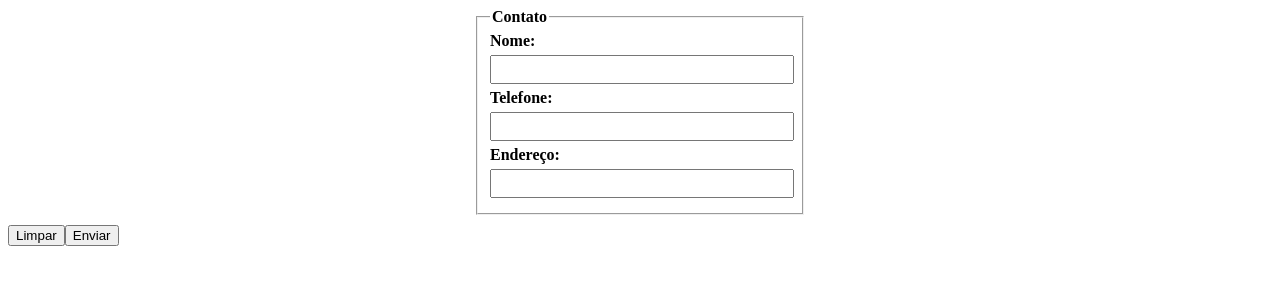
Repository: Ro4ever/ProjetoTrilhaWeb
Page: exemploServlet/src/main/webapp/contato.html
The author's editor kept a copy of each file at every save. The page is drawn from the files as they stood at one save, then again after the next save.
The browser window is 1280 px wide. The pictures show the whole page.

Above is the page before, as saved 2024-03-21 23:44:36.

After the next save:
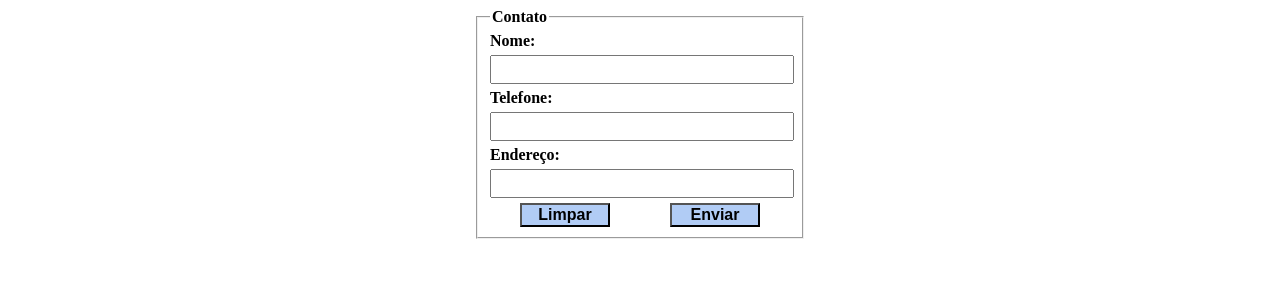
Saved 81 s later.
--- a/exemploServlet/src/main/webapp/contato.html
+++ b/exemploServlet/src/main/webapp/contato.html
@@ -16,8 +16,8 @@
          <input type="text" name="txtfone" id="fone">
          <label for="text">Endereço: </label>
          <input type="text" name="txtendereco" id="endereco">
+		 <button type="reset">Limpar</button><button type="submit">Enviar</button>
       </fieldset>
-      <button type="reset">Limpar</button><button type="submit">Enviar</button>
 	</form>
 </section>
 </body>
